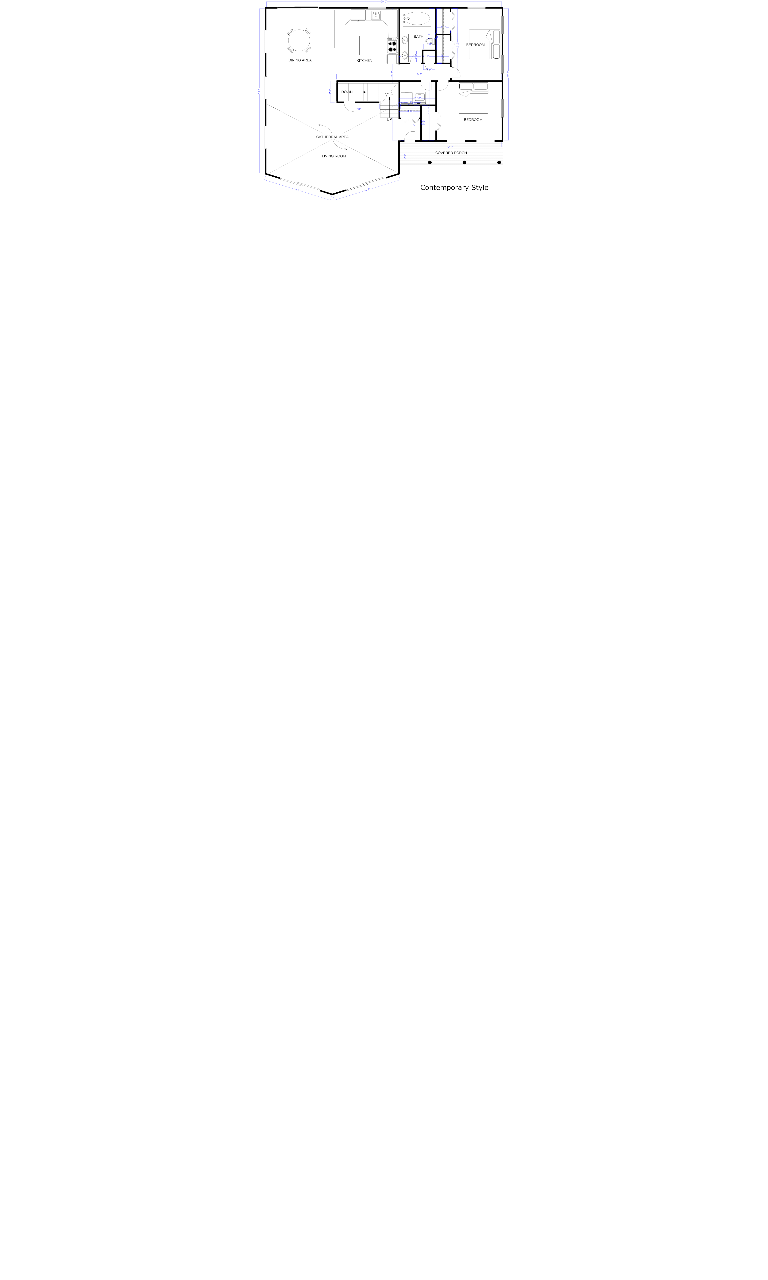
Repository: finerrecliner/SmartVent
Layout: SmartVent/res/layout/activity_main.xml
An editor plug-in stored every save of this project. The layout is shown before and after the next save, followed by the edit.
It is drawn on a 768 x 1280 px phone screen (xhdpi) without system bars, with theme AppTheme; the app's code is not run. Lists and similar views that code fills are empty.

Above is the layout before, as saved 2013-11-03 15:51:16.

After the next save:
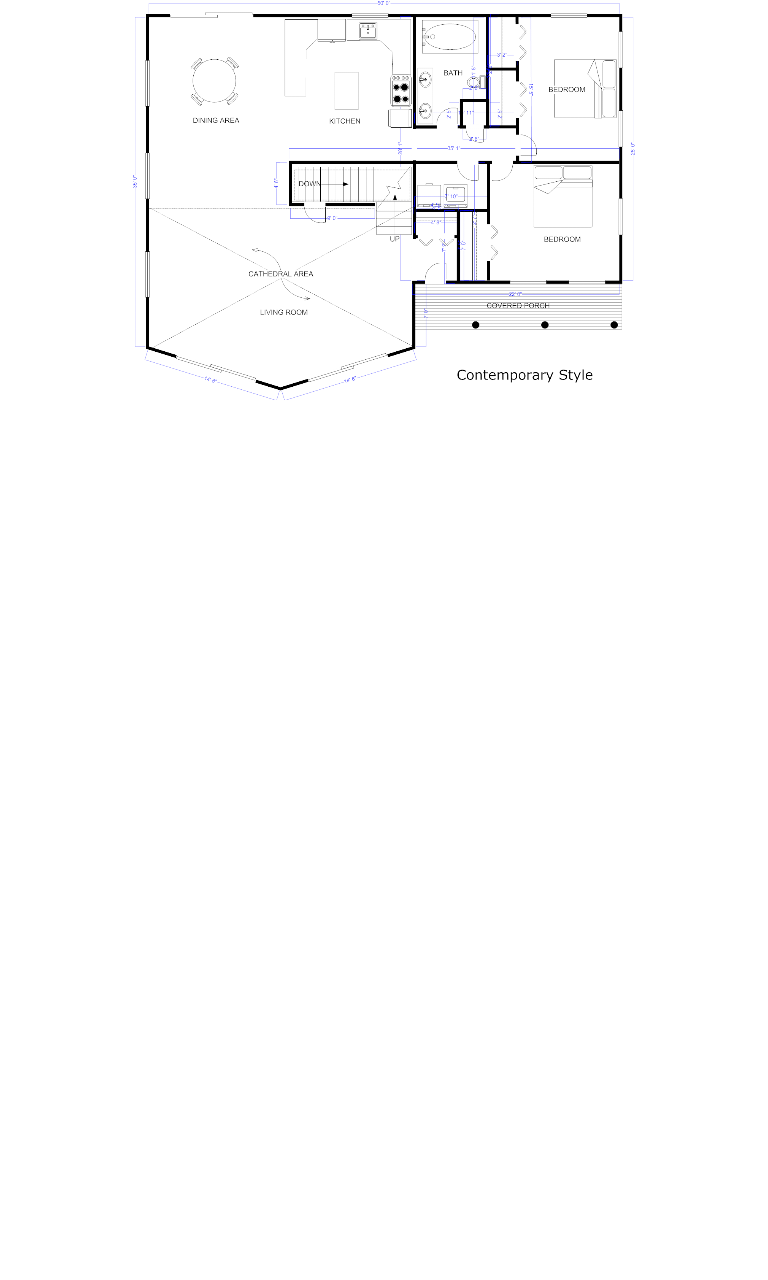
Saved 7 s later.
--- a/SmartVent/res/layout/activity_main.xml
+++ b/SmartVent/res/layout/activity_main.xml
@@ -10,7 +10,7 @@
     <ImageView
         android:id="@+id/imageView1"
         android:layout_width="wrap_content"
-        android:layout_height="100dp"
+        android:layout_height="200dp"
         android:contentDescription="@string/home_blueprint"
         android:src="@drawable/home_blueprint" />
 
